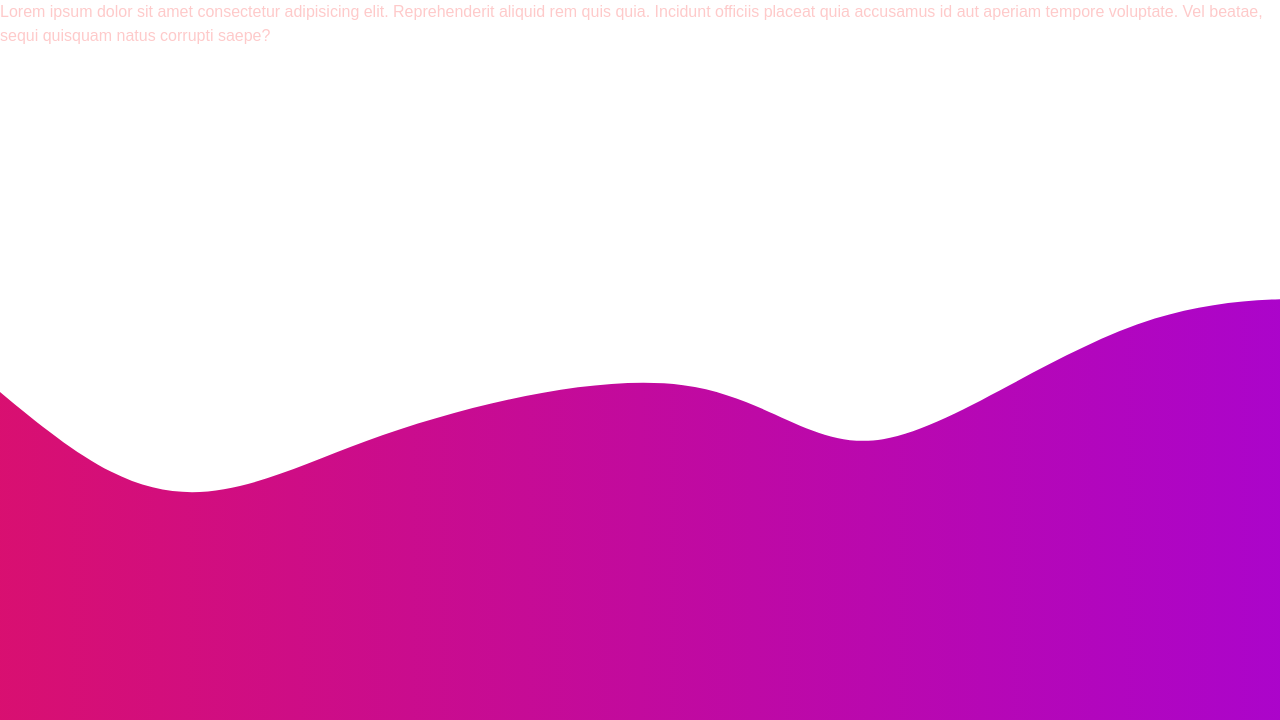
Repository: evergreenx/dictionary-octo
Page: /
These files come from the project's save history. The page is drawn as it stood at one moment and after the next save; the edit follows.
The browser window is 1280 px wide. The pictures show the whole page.
The project was rebuilt for these pictures with package versions that can differ from the ones it lists, and the page was loaded fresh each time. The framework's server and built-in components were replaced by stand-ins that run in the browser. Also part of the build but not shown: next.config.js.

Above is the page before, as saved 2022-04-30 14:43:20.

### pages/index.js
import Head from "next/head";
import Image from "next/image";
import bgimage from "../public/bg.svg";

export default function Home() {
  return (
    <div >
      <Head>
        <title>Create Next App</title>
        <meta name="description" content="Generated by create next app" />
        <link rel="icon" href="/favicon.ico" />
      </Head>

      <main className="text-red-200">

        Lorem ipsum dolor sit amet consectetur adipisicing elit. Reprehenderit aliquid rem quis quia. Incidunt officiis placeat quia accusamus id aut aperiam tempore voluptate. Vel beatae, sequi quisquam natus corrupti saepe?
      </main>
    </div>
  );
}

### styles/globals.css
@tailwind base;
@tailwind components;
@tailwind utilities;

@import url("https://fonts.googleapis.com/css2?family=Quicksand&display=swap");


body {
  padding: 0;
  margin: 0;
  font-family: "Quicksand", sans-serif;
  background-image: url("../public/bg.svg");
  background-repeat: no-repeat;
  background-size: cover;
  background-position: bottom;
  height: 100vh;
}

a {
  color: inherit;
  text-decoration: none;
}

* {
  box-sizing: border-box;
}

Loaded but not shown: pages/_app.js (common file); tailwind.config.js (common file)

After the next save:
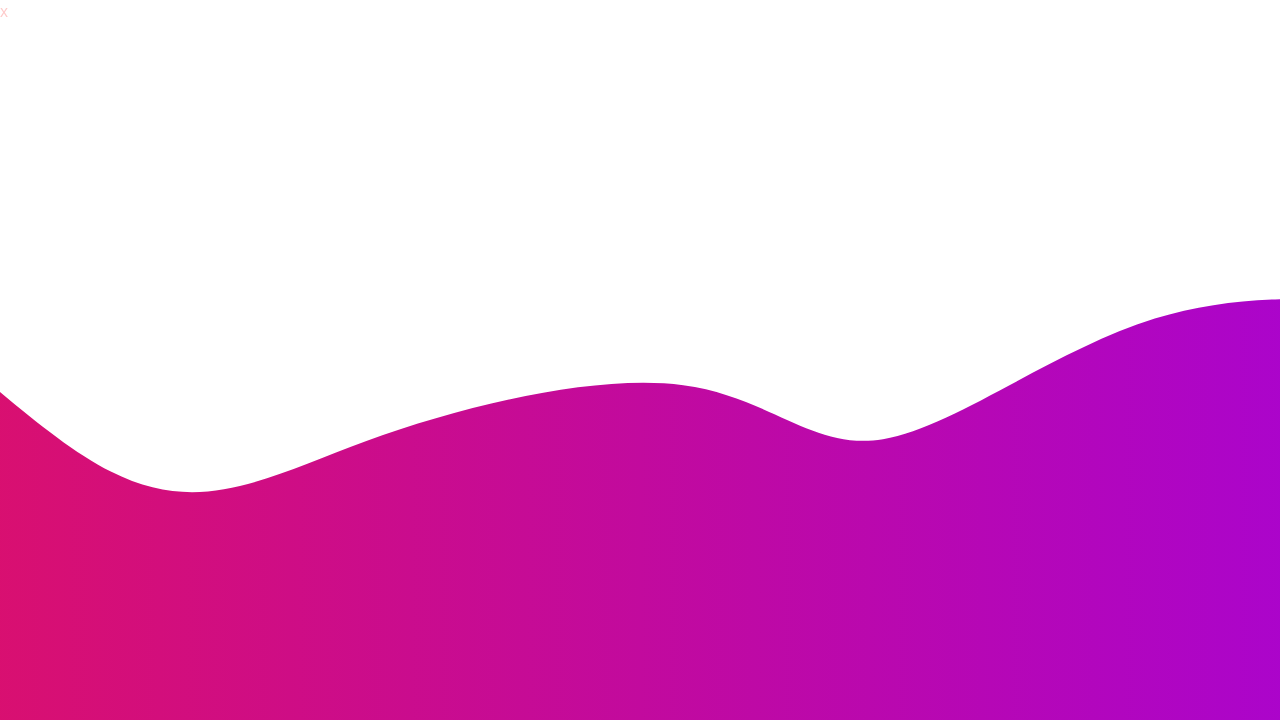
Saved 22 s later.
--- a/pages/index.js
+++ b/pages/index.js
@@ -13,8 +13,7 @@ export default function Home() {
 
       <main className="text-red-200">
 
-        Lorem ipsum dolor sit amet consectetur adipisicing elit. Reprehenderit aliquid rem quis quia. Incidunt officiis placeat quia accusamus id aut aperiam tempore voluptate. Vel beatae, sequi quisquam natus corrupti saepe?
-      </main>
+x      </main>
     </div>
   );
 }
